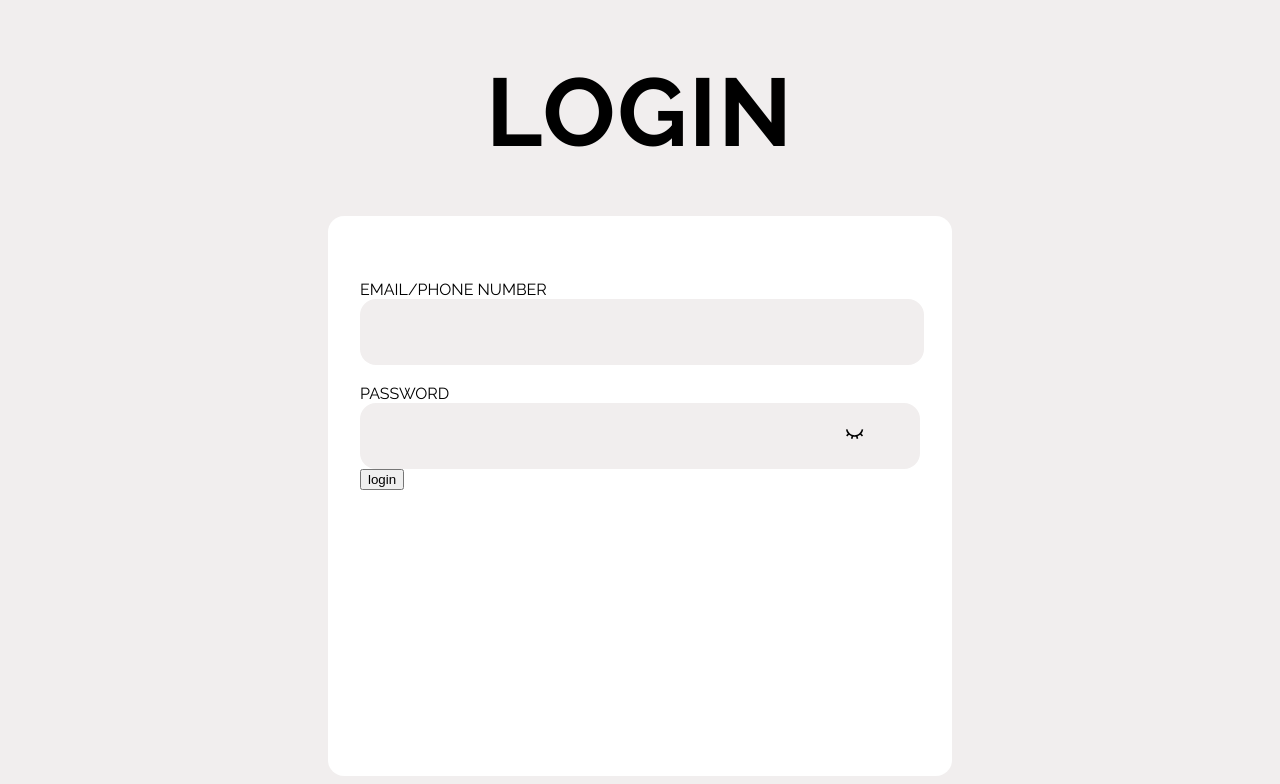
Repository: rehamtaher10/thirdReactTask
Page: /
An editor plug-in stored every save of this project. The page is shown before and after a run of saves, followed by the edit.
The browser window is 1280 px wide. The pictures show the whole page.
The project was rebuilt for these pictures with package versions that can differ from the ones it lists, and the page was loaded fresh each time. Also part of the build but not shown: vite.config.js, src/components/HomePage/Home.jsx, src/style/navBar.css, src/components/Navbar.jsx, src/components/Layout/Layout.jsx, src/components/AboutPage/About.jsx, src/style/contactUs.css, src/components/ContactUsPage/ContactUs.jsx and 2 more.

Above is the page before, as saved 2024-12-02 00:54:07.

### src/App.jsx
import React from "react";
import Home from "./components/HomePage/Home";
import { createBrowserRouter, RouterProvider } from "react-router-dom";
import Layout from "./components/Layout/Layout";
import About from "./components/AboutPage/About";
import ContactUs from "./components/ContactUsPage/ContactUs";
import Service from "./components/ServicePage/Service";
import LoginPage from "./components/loginPage/LoginPage"

export default function App() {
  const Routing = createBrowserRouter([
    { path: "", element: <LoginPage /> },
    {
      path: "home",
      element: <Layout />,
      // errorElement: <h1>404 Not Found</h1>,
      children: [
        { path: "", element: <Home /> },
        { path: "about", element: <About /> },
        { path: "service", element: <Service /> },
        {
          path: "contact",
          element: <ContactUs />,
          children: [
            { index: true, element: <h1>Contact us Form</h1> },
            { path: "location", element: <h1>Contact us Location</h1> },
            { path: "emails", element: <h1>Contact us Emails</h1> },
            { path: "phone-number", element: <h1>Phone Number</h1> },
          ],
        },
        { path: "*", element: <section>Not Found Page</section> },
      ],
    },
  ]);
  return <RouterProvider router={Routing} />;
}

### src/components/loginPage/LoginPage.jsx
import { Form, Formik } from "formik";
import React from "react";
import { useNavigate } from "react-router-dom";
import * as Yup from "yup";
import WrapperInput from "../wrapperInput/WrapperInput";
import "../../style/loginPage.css";
export default function LoginPage() {
  const navigate = useNavigate();

  const validationSchema = Yup.object({
    email: Yup.string()
      .email("Must Be Like E-mail Format")
      .required("E-mail is Requird"),
    password: Yup.string().min(7).max(15).required("Password is Requird"),
  });
  const initialValues = {
    email: "",
    password: "",
  };
  const onSubmit = (values) => {
    console.log(values);
    navigate("/home");
  };

  return (
    <div className="loginComponent">
      <h1>Login</h1>
      <Formik
        initialValues={initialValues}
        onSubmit={onSubmit}
        validationSchema={validationSchema}
      >
        <Form>

          <WrapperInput name={"email"} label="Email/PHONE NUMBER" isDefault />
          <br/>
          <WrapperInput name={"password"}  label="PASSWORD" isPassword />
          <button type="submit">login</button>
        </Form>
      </Formik>
    </div>
  );
}

### src/components/wrapperInput/WrapperInput.jsx
import { ErrorMessage, Field } from "formik";
import React from "react";
import ErrorMessageField from "./ErrorMessageField";
import { RiEyeLine, RiEyeCloseLine } from "react-icons/ri";
import { useState } from "react";

export default function WrapperInput({
  name,
  placeholder,
  isDefault,
  isPassword,
  label,
}) {
  const [showPassword, setShowPassword] = useState(false);

  const togglePasswordVisibility = () => {
    setShowPassword((prev) => !prev);
  };
  return (
    <div className="wrapper_input">
      {label && <label htmlFor={name}>{label}</label>}
      <br />
      {isDefault && <Field name={name} placeholder={placeholder} />}
      {isPassword && (
        <div className="password-wrapper">
          <Field id={name} name={name}>
            {({ field }) => (
              <input
                type={showPassword ? "text" : "password"}
                {...field}
                placeholder={placeholder}
                autoComplete="off" /* Disables browser icon */
                className="custom-password-input"
              />
            )}
          </Field>
          <button
            type="button"
            onClick={togglePasswordVisibility}
            className="toggle-password-btn"
            aria-label="Toggle password visibility"
          >
            {showPassword ? <RiEyeLine /> : <RiEyeCloseLine />}
          </button>
        </div>
      )}
      <ErrorMessage name={name} component={ErrorMessageField} />
    </div>
  );
}

// React Basics (Folder Structure - Components - Props - State)
// Style (External - Sass + Bem - Bootrstrap  - MUI)
// Hooks (UseState - UseEffect - UseContext - UseRef)
// Routes (React Router Dom)
// Formik + Yup
// State Management (React Query + Redux)

### src/style/loginPage.css
@import url('https://fonts.googleapis.com/css2?family=Raleway:ital,wght@0,100..900;1,100..900&display=swap');

body {
  background-color: rgb(241, 238, 238);
}
.loginComponent {
  display: flex;
  flex-direction: column;
  justify-content: center;
  align-items: center;
}
.loginComponent h1 {
  font-family: "Raleway", sans-serif;
  font-size: 6rem;
  text-transform: uppercase;
  letter-spacing: 2px;
  margin-block: 3rem;
}
.loginComponent form{
    font-family: "Raleway", sans-serif;
    background-color: white;
    width: 35rem;
    height: 27rem;
    border-radius: 1rem;
    padding-inline: 2rem;
    padding-block: 4rem;
}
.loginComponent form label{
    text-transform: uppercase;
}
.loginComponent form input{
    width: 100%;
    height: 4rem;
    background-color: rgb(241, 238, 238);
    border: none;
    border-radius: 1rem;
    ma
}
.error {
    color: #ba1420;
  }
  .password-wrapper {
    position: relative;
    display: flex;
    align-items: center;
  }

  .toggle-password-btn {
    position: absolute;
    right: 50px;
    background: none;
    border: none;
    cursor: pointer;
    font-size: 1.2rem;
  }
  .custom-password-input::-ms-reveal,
  .custom-password-input::-ms-clear {
    display: none;
  }

  .custom-password-input::-webkit-inner-spin-button,
  .custom-password-input::-webkit-outer-spin-button,
  .custom-password-input::-webkit-textfield-decoration-container {
    display: none;
  }

  .custom-password-input {
    -webkit-text-security: none; /* Removes browser styling */
  }

Loaded but not shown: index.html (common file); src/main.jsx (common file)

After the next 2 saves:
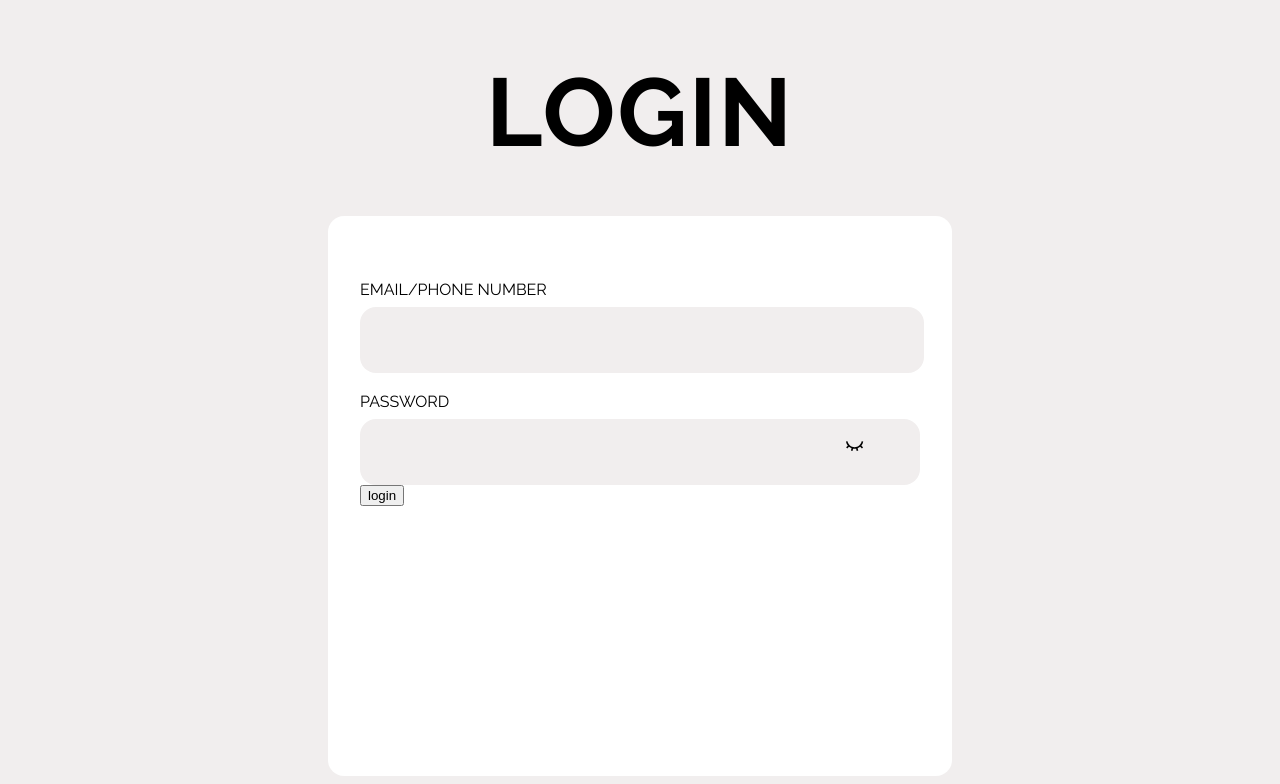
The 2 saves are shown as one change because they came seconds apart.
The last was saved 6 s later.
--- a/src/style/loginPage.css
+++ b/src/style/loginPage.css
@@ -34,7 +34,7 @@ body {
     background-color: rgb(241, 238, 238);
     border: none;
     border-radius: 1rem;
-    ma
+    margin-top: .5rem;
 }
 .error {
     color: #ba1420;
